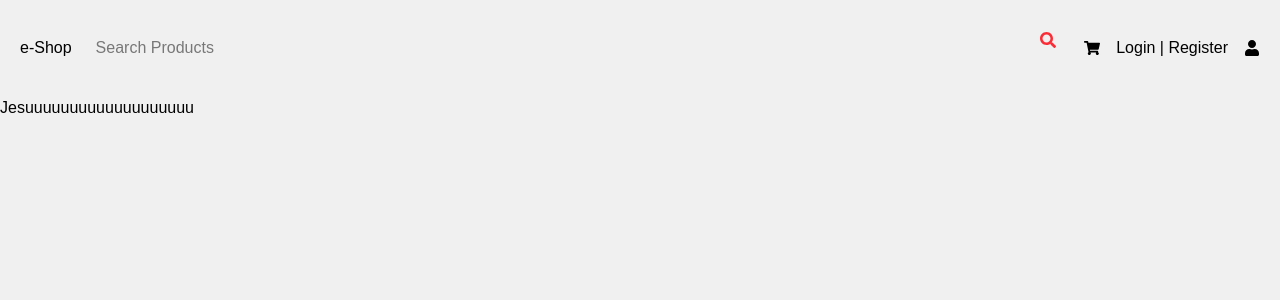
Repository: EmmyDunny1/frontend-ecommerce
Page: /
An editor plug-in stored every save of this project. The page is shown before and after a run of saves, followed by the edit.
The browser window is 1280 px wide. The pictures show the whole page.
The project was rebuilt for these pictures with package versions that can differ from the ones it lists, and the page was loaded fresh each time. Also part of the build but not shown: vite.config.js.

Above is the page before, as saved 2025-05-09 11:29:33.

### src/App.jsx


import React from 'react';
import { BrowserRouter, Routes, Route} from 'react-router-dom'
import Navbar from './components/Navbar'
import Footer from './components/Footer'
import Home from './pages/Home'
import './App.css';

function App() {

  return (
   <BrowserRouter>
   <Navbar/>
   <Routes>
    <Route path='/' element={<Home/>}>

    </Route>
   </Routes>
   <Footer/>
   </BrowserRouter>

  )
}

export default App

### src/components/Navbar.jsx
import React from 'react'
import { Link } from 'react-router-dom'
import { FaSearch, FaShoppingCart, FaUser } from 'react-icons/fa'

const Navbar = () => {
  return (
    <nav>
      <div className='container flex mx-auto px-4 md:px-16px lg:px-24px justify-between items-center'>
        <div>
          <Link to='/'>e-Shop</Link>
        </div>
        <div className='relative flex-1 mx-4'>
          <form>
            <input type="text" placeholder='Search Products' className='w-full px-2 py-4' />
            <FaSearch className='absolute top-3 right-3 text-red-500'/>
          </form>
        </div>
        <div className='flex items-center space-x-4'>
          <Link to='/Cart'><FaShoppingCart/></Link>
          <button className=''>Login | Register</button>
          <button><FaUser/> </button>
        </div>
      </div>
    </nav>

  )
}

export default Navbar

### src/pages/Home.jsx
import React from 'react'

const Home = () => {
  return (
    <div>
      Jesuuuuuuuuuuuuuuuuuuu
    </div>
  )
}

export default Home

### src/App.css
/* filepath: c:\Users\USER\Desktop\My Deelopment Projects\E-COMMERCE\e-commerce-website\src\App.css */
body {
    margin: 0;
    font-family: Arial, sans-serif;
    background-color: #f0f0f0;
  }

  .container {
    padding: 20px;
  }

Loaded but not shown: index.html (common file); src/main.jsx (common file); src/index.css (common file); src/components/Footer.jsx (common file)

After the next 3 saves:
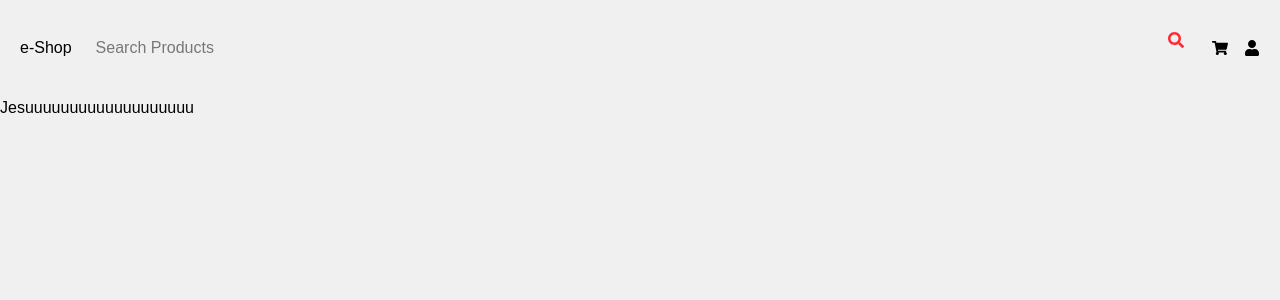
The 3 saves are shown as one change because they came seconds apart.
The last was saved 18 s later.
--- a/src/components/Navbar.jsx
+++ b/src/components/Navbar.jsx
@@ -17,7 +17,7 @@
         </div>
         <div className='flex items-center space-x-4'>
           <Link to='/Cart'><FaShoppingCart/></Link>
-          <button className=''>Login | Register</button>
+          <button className='hidden md:'>Login | Register</button>
           <button><FaUser/> </button>
         </div>
       </div>

After the save that followed:
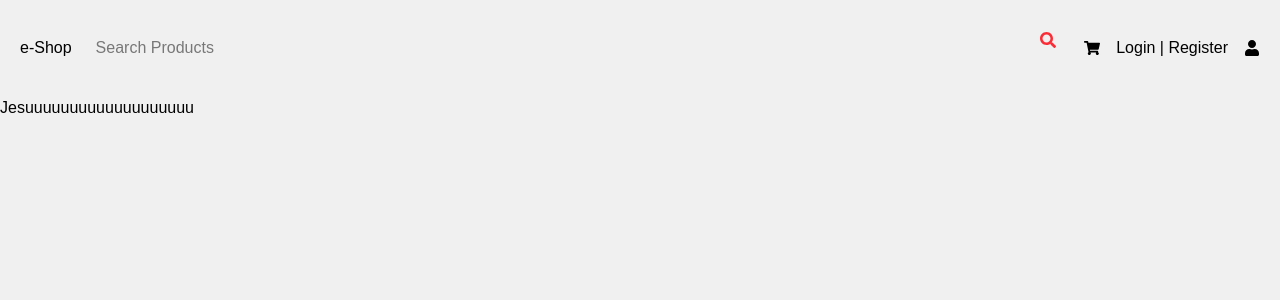
Saved 4 s later.
--- a/src/components/Navbar.jsx
+++ b/src/components/Navbar.jsx
@@ -17,7 +17,7 @@
         </div>
         <div className='flex items-center space-x-4'>
           <Link to='/Cart'><FaShoppingCart/></Link>
-          <button className='hidden md:'>Login | Register</button>
+          <button className='hidden md:block'>Login | Register</button>
           <button><FaUser/> </button>
         </div>
       </div>
